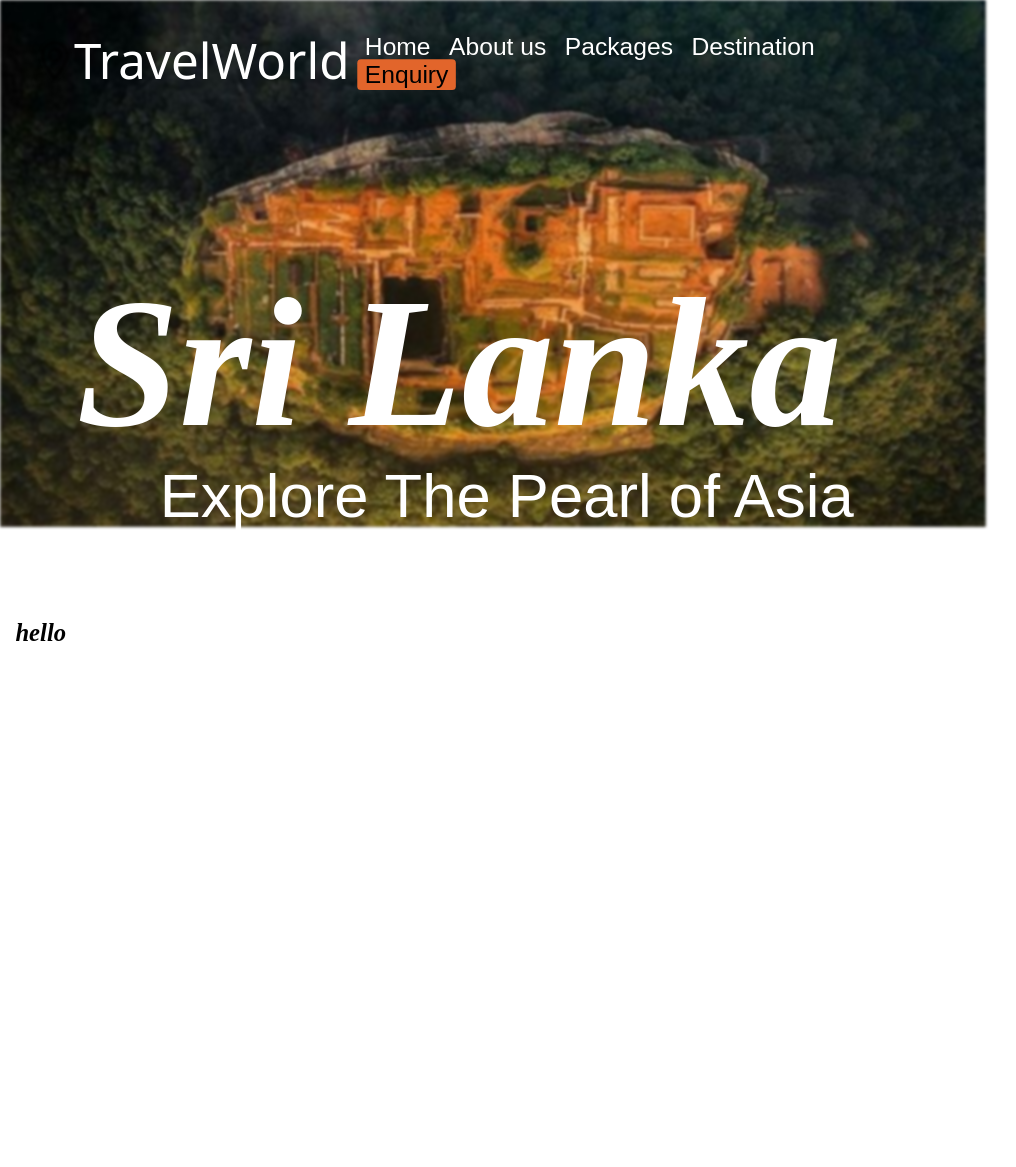
Repository: Haakim19/TavelWorld
Page: HTML/Home.html
The author's editor kept a copy of each file at every save. The page is drawn from the files as they stood at one save, then again after the next save.
The browser window is 1280 px wide. The page is 1320 px wide, so the pictures cover 1320 px, including what lies to the right of the window. The pictures show the whole page, at 77% of full size.
The pointer rests on the first visible `.page .enquiry-btn`.
Some web fonts or font styles are not loaded; a fallback is used.

Above is the page before, as saved 2024-11-02 11:42:43.

### HTML/Home.html
<!DOCTYPE html>
<html lang="en">
    <head>
        <meta charset="UTF-8" />
		<meta name="viewport" content="width=device-width, initial-scale=1.0" />
		<title>Travel World</title>
		<link rel="stylesheet" href="../CSS/home.css" />
        <link rel="preconnect" href="https://fonts.googleapis.com">
        <link rel="preconnect" href="https://fonts.gstatic.com" crossorigin>
        <link href="https://fonts.googleapis.com/css2?family=Irish+Grover&family=Jaldi:wght@400;700&family=Playwrite+GB+S:ital,wght@0,100..400;1,100..400&display=swap" rel="stylesheet">
	</head>
	<body>
        <div class="bg-img">
            <!-- Navigation Bar -->
            <nav class="navbar">
                <div class="logo">
                    <img src="../Assets/icon/location.png" alt="" />
                    Travel <span>World</span>
                </div>
                <div class="page">
                    <a href="Home.html">Home</a>
                    <a href="Aboutus.html">About us</a>
                    <a href="Packages.html">Packages</a>
                    <a href="Destination.html">Destination</a>
                    <a href="Enquiry.html" class="enquiry-btn">Enquiry</a>
                </div>
            </nav>
            <!-- Hero Section -->
            <section class="hero">
                <div class="hero-overlay">
                    <h1>Sri Lanka</h1>
                    <p>Explore The Pearl of Asia</p>
                </div>
            </section>
            <img class="hero-img" src="../Assets/Images/Pic01.jpg" alt="">
        </div>
        <!-- famous places in sri lanka  -->
        <div class="container">
            <div class="box1">
                <h1>hello
                </h1>
            </div>
            <div class="box2">

            </div>
        </div>
	</body>
</html>

### CSS/home.css
body{
    margin: 0;
    padding: 0;
    /* background-color: #ffffff; */
}
/* Background image */
.bg-img img{
    width: 100%;
    height: 95vh;
    object-fit: cover;
    filter: blur(2px);
    object-position: top;
    background-attachment: scroll;
}

.hero-img {
    position:absolute;
    top: 0;
    z-index: 1;
    background-color:black;;
}
/* Navigation bar */
nav{
    position: relative;
    display: flex;
    align-items: center;
    justify-content: space-between;
    z-index: 1000;
    padding-top: 30px;
}
.logo{
    margin-left: 5vh;
    font-family: "Irish Grover", system-ui;
    color: #ffffff;
    font-size: 4rem;
    display: flex;
    justify-content:center;
    align-items: center;
    padding: 5px 10px 5px 10px;
}
.logo img{
    width: 50px;
    height: 50px;
    color: #ffffff;
}

.page {
    margin-right : 16vh;

}

.page a{
    /* display: flex; */
    font-size: 2rem;
    color: #ffffff;
    font-family:"Jaldi", sans-serif;
    justify-content: space-evenly;
    align-items: center;
    padding: 2px 10px 2px 10px;
    text-decoration: none;
}
.page a:hover{
    color: #E2652B;
}
.page .enquiry-btn{
    background-color:#E2652B;
    color: white;
    border-radius: 5px;
}
.page .enquiry-btn:hover{
    background-color:#E2652B;
    color: rgb(0, 0, 0);
    border-radius: 5px;
}
section {
    position: relative;
    z-index: 1000;
    color: #ffffff;
    display: flex;
    flex-direction: column;
    justify-content: center;
    align-items: center;
    margin-top: 1vh;

}

.hero .hero-overlay h1 {
    /* margin-right: 10vh; */
    font-family: "Just Another Hand", cursive;
    font-weight: 700;
    font-style:oblique;
    font-size: 15rem;
    margin-bottom: -10px;
}

.hero .hero-overlay p {
    margin-left: 15vh;
    margin-top: auto;
    font-family:"Jaldi", sans-serif;
    font-weight: 500;
    font-style:normal;
    font-size: 5rem;
    margin-right: 10vh;
}
.container{
    height: 100vh;
    width: 100%;
    background-color: rgba(255, 255, 255, 0.5);
    padding: 10px 20px 10px 20px;
}
.container h1{
    font-family: "Just Another Hand", cursive;
    font-weight: 700;
    font-style:oblique;
    color: #000000;
    position: relative;

}

After the next save:
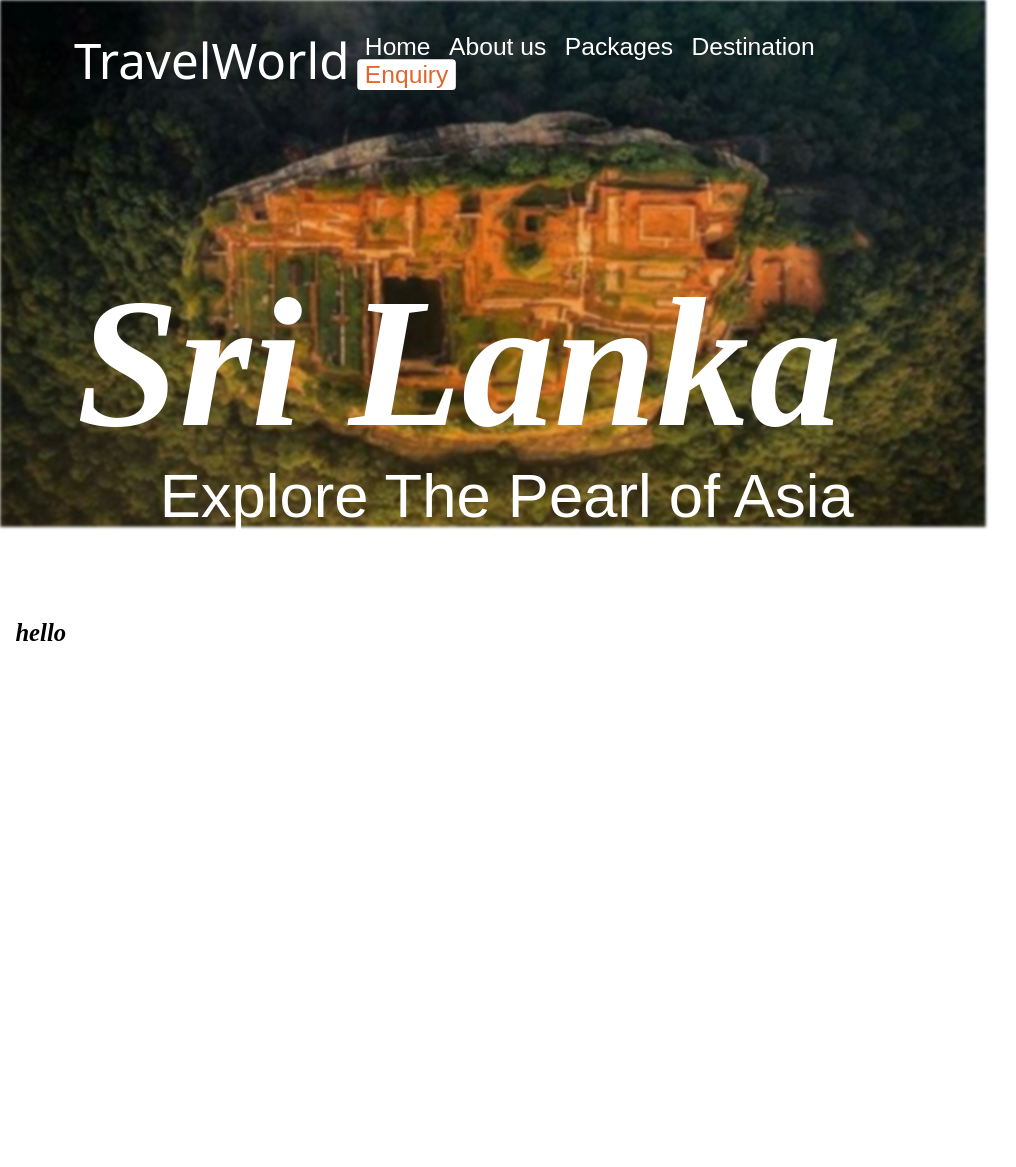
Saved 36 s later.
--- a/CSS/home.css
+++ b/CSS/home.css
@@ -68,8 +68,8 @@ nav{
     border-radius: 5px;
 }
 .page .enquiry-btn:hover{
-    background-color:#E2652B;
-    color: rgb(0, 0, 0);
+    color:#E2652B;
+    background-color: rgb(255, 255, 255);
     border-radius: 5px;
 }
 section {
